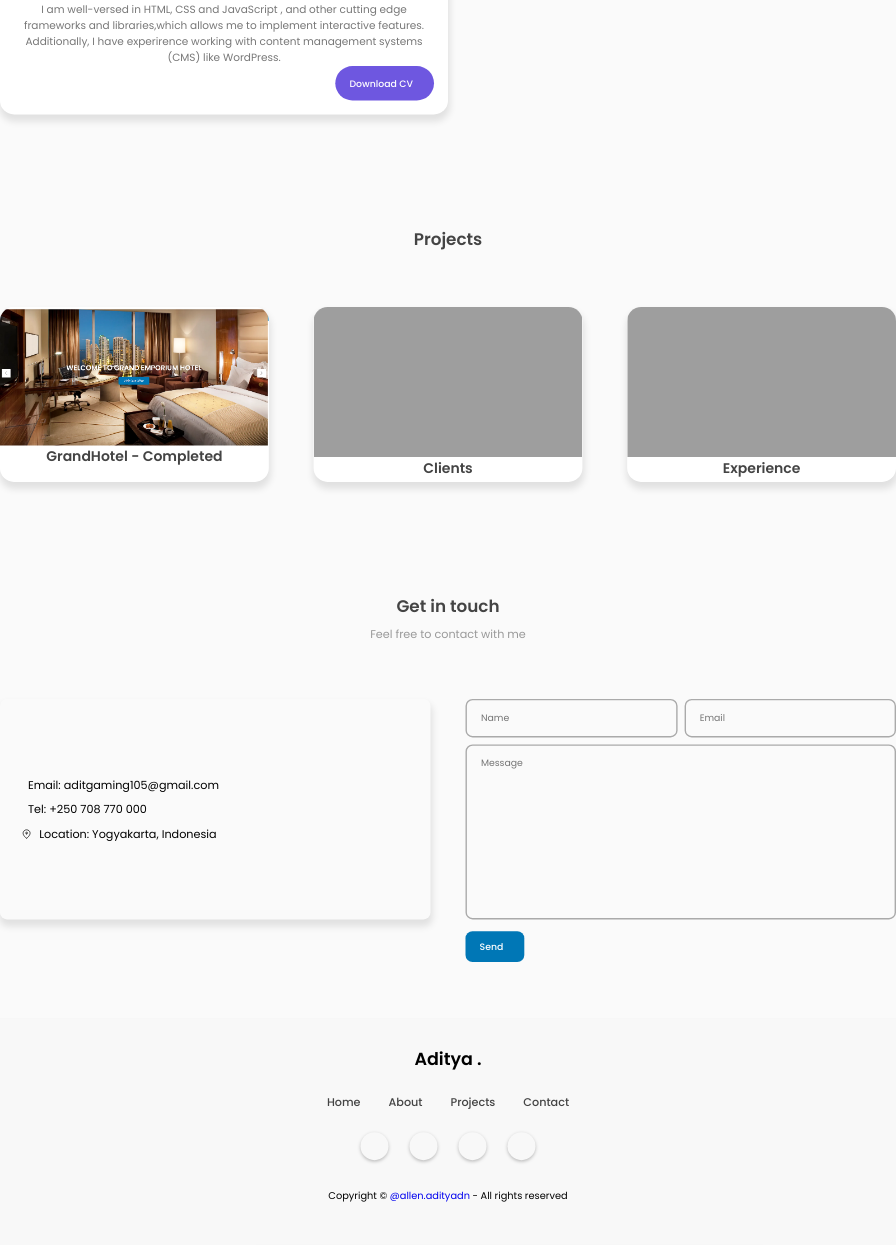
Repository: 4Kbrain/Portofolio
Page: index.html
The author's editor kept a copy of each file at every save. The page is drawn from the files as they stood at one save, then again after the next save.
The browser window is 1280 px wide. The pictures show the part of the page from y = 988 to 2908 px (the page is 2767 px tall before and 2942 px after), at 70% of full size.
Pictures or frames that could not be fetched are drawn as grey boxes. Some icons come from a web library that is not loaded, so they are not drawn.

Above is the page before, as saved 2024-05-15 16:50:22.
Console error: ReferenceError: ScrollReveal is not defined

### index.html
<!DOCTYPE html>
<html lang="en">

<head>
    <meta charset="UTF-8">
    <meta name="viewport" content="width=device-width, initial-scale=1.0">
    <link rel="stylesheet" href="https://unicons.iconscout.com/release/v4.0.8/css/line.css">
    <link rel="stylesheet" href="assets/css/style.css">
    <link rel="shortcut icon" href="assets/img/favicon.png" type="image/x-icon">

    <title>Portfolio | Aditya</title>
</head>

<body>

    <div class="container">
        <!-- header -->
        <nav id="header">
            <div class="nav-logo">
                <a href="#home">
                    <p class="nav-name">Aditya</p>
                    <span>.</span>
                </a>
            </div>
            <div class="nav-menu" id="myNavMenu">
                <ul class="nav_menu_list">
                    <li class="nav_list">
                        <a href="#home" class="nav-link active-link">Home</a>
                        <div class="circle"></div>
                    </li>
                    <li class="nav_list">
                        <a href="#about" class="nav-link">About</a>
                        <div class="circle"></div>
                    </li>
                    <li class="nav_list">
                        <a href="#projects" class="nav-link">Projects</a>
                        <div class="circle"></div>
                    </li>
                    <li class="nav_list">
                        <a href="#contact" class="nav-link">Contact</a>
                        <div class="circle"></div>
                    </li>
                </ul>
            </div>
            <div class="nav-button">
                <a id="downloadCVButton" href="assets/CV/Aditya%20CV.pdf" download="CV.pdf" class="btn">Download CV <i
                        class="uil uil-file-alt"></i></a>
            </div>
            <div class="nav-menu-btn">
                <i class="uil uil-bars" onclick="myMenuFunction()"></i>
            </div>
        </nav>

        <!-- -------------- MAIN ---------------- -->
        <main class="wrapper">
            <!-- -------------- FEATURED BOX ---------------- -->
            <section class="featured-box" id="home">
                <div class="featured-text">
                    <div class="featured-text-card">
                        <span>Aditya Dwi Nugroho</span>
                    </div>
                    <div class="featured-name">
                        <p>I'm <span class="typedText"></span></p>
                    </div>
                    <div class="featured-text-info">
                        <p>I'm a beginner web developer with a passion for creating fully responsive websites. I'm eager to learn and grow in both front-end and back-end development.
                        </p>
                    </div>
                    <div class="featured-text-btn">
                        <button class="btn blue-btn">Contact Me</button>
                        <a id="downloadCVButton" href="assets/CV/Aditya%20CV.pdf" download="CV.pdf" class="btn">Download CV <i class="uil uil-file-alt"></i></a>

                    </div>
                    <div class="social_icons">
                        <div class="icon"><a href="https://www.instagram.com/allen.adityadn/"><i class="uil uil-instagram"></i></a></div>
                        <div class="icon"><a href="https://wa.me/0895339926715"><i class="uil uil-whatsapp"></i></a></div>
                        <div class="icon"><a href="https://github.com/4Kbrain"><i class="uil uil-github-alt"></i></a></div>

                    </div>
                </div>
                <div class="featured-image">
                    <div class="image">
                        <img src="assets/img/avatar.png" alt="avatar">
                    </div>
                </div>
                <!-- <div c
         -->
    </div>

    </section>
    <!-- -------------- ABOUT BOX ---------------- -->
    <section class="section" id="about">
        <div class="top-header">
            <h1>About Me</h1>
        </div>
        <div class="row">
            <div class="col">
                <div class="about-info">
                    <h3>Let me introduce myself</h3>
                    <p>I am well-versed in HTML, CSS and JavaScript , and other cutting edge
                        frameworks and libraries,which allows me to implement interactive features.
                        Additionally, I have experirence working with content management systems (CMS) like
                        WordPress.
                    </p>
                    <div class="about-btn">
                        <a href="assets/CV/Aditya%20CV.pdf" download>
                            <button class="btn">Download CV <i class="uil uil-import"></i></button>
                          </a>

                    </div>
                </div>
            </div>
        </div>
    </section>

    <!-- -------------- PROJECT BOX ---------------- -->

    <section class="section" id="projects">
        <div class="top-header">
            <h1>Projects</h1>
        </div>
        <div class="project-container">
            <div class="project-box">
                <img src="assets/img/GrandHotel.png" alt="Grand Hotel Project" class="project-image">
                <h3>GrandHotel - Completed</h3>
                <label class="clear">A</label>
            </div>
            <div class="project-box">
                <img src="path/to/your/image2.jpg" alt="Project Image 2" class="project-image">
                <h3>Clients</h3>
                <label>25+ Happy Clients</label>
            </div>
            <div class="project-box">
                <img src="path/to/your/image3.jpg" alt="Project Image 3" class="project-image">
                <h3>Experience</h3>
                <label>7+ Years in the field</label>
            </div>
        </div>
    </section>



  <!-- Contact me  -->

    <section class="section" id="contact">
        <div class="top-header">
            <h1>Get in touch</h1>
            <span>Feel free to contact with me</span>
        </div>
        <div class="row">
            <div class="col">
                <div class="contact-info">
                    <p><i class="uil uil-envelope"></i> Email: aditgaming105@gmail.com</p>
                    <p><i class="uil uil-phone"></i> Tel: +250 708 770 000</p>
                    <p><svg xmlns="http://www.w3.org/2000/svg" width="1em" height="1em" viewBox="0 0 24 24"><g fill="none" stroke="currentColor" stroke-linecap="round" stroke-linejoin="round" stroke-width="1.5"><path d="M12.56 20.82a.964.964 0 0 1-1.12 0C6.611 17.378 1.486 10.298 6.667 5.182A7.592 7.592 0 0 1 12 3c2 0 3.919.785 5.333 2.181c5.181 5.116.056 12.196-4.773 15.64"/><path d="M12 12a2 2 0 1 0 0-4a2 2 0 0 0 0 4"/></g></svg>Location: Yogyakarta, Indonesia</p>
                </div>
            </div>
            <div class="col">
                <div class="form-control">
                    <div class="form-inputs">
                        <input type="text" class="input-field" placeholder="Name">
                        <input type="text" class="input-field" placeholder="Email">
                    </div>
                    <div class="text-area">
                        <textarea placeholder="Message"></textarea>
                    </div>
                    <div class="form-button">
                        <button class="btn">Send <i class="uil uil-message"></i></button>
                    </div>
                </div>
            </div>
        </div>
    </section>

    </main>

    <!-- Footer -->
    <footer>
        <div class="top-footer">
            <p>Aditya .</p>
        </div>
        <div class="middle-footer">
            <ul class="footer-menu">
                <li class="footer_menu_list">
                    <a href="#home">Home</a>
                </li>
                <li class="footer_menu_list">
                    <a href="#about">About</a>
                </li>
                <li class="footer_menu_list">
                    <a href="#projects">Projects</a>
                </li>
                <li class="footer_menu_list">
                    <a href="#contact">Contact</a>
                </li>
            </ul>
        </div>
        <div class="footer-social-icons">
            <div class="icon"><i class="uil uil-instagram"></i></div>
            <div class="icon"><i class="uil uil-linkedin-alt"></i></div>
            <div class="icon"><i class="uil uil-dribbble"></i></div>
            <div class="icon"><i class="uil uil-github-alt"></i></div>
        </div>
        <div class="bottom-footer">
            <p>Copyright &copy; <a href="https://www.instagram.com/allen.adityadn/" style="text-decoration: none;">@allen.adityadn</a> - All rights reserved</p>
        </div>
    </footer>

    </div>

    <script src="https://unpkg.com/typed.js@2.0.16/dist/typed.umd.js"></script>
    <script src="assets/js/script.js"></script>
</body>

</html>

### assets/css/style.css
@import url('https://fonts.googleapis.com/css2?family=Poppins:wght@400;500;600;700&display=swap');

:root{
    --body-color: rgb(250, 250, 250);
    --color-white: rgb(255, 255, 255);

    --text-color-second: rgb(68, 68, 68);
    --text-color-third: rgb(30, 159, 171);

    --first-color: rgb(110, 87, 224);
    --first-color-hover: rgb(40, 91, 212);

    --second-color: #0077b6;
    --third-color: rgb(192, 166, 49);
    --first-shadow-color: rgba(0, 0, 0, 0.1);

}

*{
    margin: 0;
    padding: 0;
    box-sizing: border-box;
    font-family: 'Poppins', sans-serif;
}


* a {
    text-decoration: none;
}

html{
    scroll-behavior: smooth;
}

::-webkit-scrollbar{
    width: 10px;
    border-radius: 25px;
}
::-webkit-scrollbar-track{
    background: #f1f1f1;
}
::-webkit-scrollbar-thumb{
    background: #ccc;
    border-radius: 30px;
}
::-webkit-scrollbar-thumb:hover{
    background: #bbb;
}

.btn{
    font-weight: 500;
    padding: 12px 20px;
    background: #efefef;
    border: none;
    border-radius: 10px;
    cursor: pointer;
    transition: .4s;
}
.btn>i{
    margin-left: 10px;
}
.btn:hover{
    background: var(--second-color);
    color: var(--color-white);
}

i{
    font-size: 16px;
}

body{
    background: var(--body-color);
    overflow-x: hidden;
}
.container{
    width: 100%;
    position: relative;
}

nav{
    position: fixed;
    display: flex;
    justify-content: space-between;
    width: 100%;
    height: 90px;
    line-height: 90px;
    background: var(--body-color);
    padding-inline: 9vw;
    transition: .3s;
    z-index: 100;
}
.nav-logo{
   position: relative;
}
.nav-name{
    font-size: 30px;
    font-weight: 600;
    color: var(--text-color-third);
}
.nav-logo span{
    position: absolute;
    top: -15px;
    right: -20px;
    font-size: 5em;
    color: var(--text-color-second);
}
.nav-menu, .nav_menu_list{
    display: flex;
}
.nav-menu .nav_list{
    list-style: none;
    position: relative;
}

.nav-link{
    text-decoration: none;
    color: var(--text-color-second);
    font-weight: 500;
    padding-inline: 15px;
    margin-inline: 20px;
}
.nav-menu-btn{
    display: none;
}
.nav-menu-btn i{
    font-size: 28px;
    cursor: pointer;
}
.active-link{
    position: relative;
    color: var(--first-color);
    transition: .3;
}
.active-link::after{
    content: '';
    position: absolute;
    left: 50%;
    bottom: -15px;
    transform: translate(-50%, -50%);
    width: 5px;
    height: 5px;
    background: var(--first-color);
    border-radius: 50%;
}

.wrapper{
    padding-inline: 10vw;
}

.featured-box{
    position: relative;
    display: flex;
    height: 100vh;
    min-height: 700px;
}

.featured-text{
    position: relative;
    display: flex;
    justify-content: center;
    align-content: center;
    min-height: 80vh;
    flex-direction: column;
    width: 50%;
    padding-left: 20px;
}
.featured-text-card span{
    background: var(--third-color);
    color: var(--color-white);
    padding: 3px 8px;
    font-size: 12px;
    border-radius: 5px;
}
.featured-name{
    font-size: 50px;
    font-weight: 600;
    color: var(--text-color-second);
    margin-block: 20px;
}
.typedText{
    text-transform: capitalize;
    color: var(--text-color-third);
}
.featured-text-info{
    font-size: 15px;
    margin-bottom: 30px;
    color: var(--text-color-second);
}
.featured-text-btn{
    display: flex;
    gap: 20px;
}
.featured-text-btn>.blue-btn{
    background: var(--first-color);
    color: var(--color-white);
}
.featured-text-btn>.blue-btn:hover{
    background: var(--first-color-hover);
}
.social_icons{
    display: flex;
    margin-top: 5em;
    gap: 30px;
}
.icon{
    display: flex;
    justify-content: center;
    align-items: center;
    width: 40px;
    height: 40px;
    border-radius: 50%;
    box-shadow: 0px 2px 5px 0px rgba(0, 0, 0, 0.25);
    cursor: pointer;
}
.icon:hover{
    color: var(--first-color);
}

.featured-image{
    display: flex;
    justify-content: right;
    align-content: center;
    min-height: 80vh;
    width: 50%;
}
.image{
    margin: auto 0;
    width: 380px;
    height: 380px;
    border-radius: 55% 45% 55% 45%;
    overflow: hidden;
    animation: imgFloat 7s ease-in-out infinite;
}
.image img{
    width: 380px;
    height: 380px;
    object-fit: cover;
}
@keyframes imgFloat {
    50%{
        transform: translateY(10px);
        border-radius: 45% 55% 45% 55%;
    }
}
.scroll-btn{
   position: absolute;
   bottom: 0;
   left: 50%;
   translate: -50%;
   display: flex;
   justify-content: center;
   align-items: center;
   width: 150px;
   height: 50px;
   gap: 5px;
   text-decoration: none;
   color: var(--text-color-second);
   background: var(--color-white);
   border-radius: 30px;
   box-shadow: 0 2px 5px 0 rgba(0, 0, 0, 0.25);
}
.scroll-btn i{
    font-size: 20px;
}

.section{
    padding-block: 5em;
}
.row{
    display: flex;
    justify-content: space-between;
    width: 100%;
    gap: 50px;
}
.col{
    display: flex;
    width: 50%;
}

.top-header{
    text-align: center;
    margin-bottom: 5em;
}
.top-header h1{
    font-weight: 600;
    color: var(--text-color-second);
    margin-bottom: 10px;
}
.top-header span{
    color: #999;
}
h3{
    font-size: 20px;
    font-weight: 600;
    color: var(--text-color-second);
    margin-bottom: 15px;
}

.about-info{
    position: relative;
    display: flex;
    align-items: center;
    flex-direction: column;
    padding-block: 30px 70px;
    padding-inline: 20px;
    width: 100%;
    background: var(--color-white);
    box-shadow: 1px 8px 10px 2px var(--first-shadow-color);
    border-radius: 20px;
}
.about-info p{
    text-align: center;
    font-size: 15px;
    color: #777;
}
.about-btn button{
    position: absolute;
    right: 20px;
    bottom: 20px;
    background: var(--first-color);
    color: var(--color-white);
    border-radius: 30px;
}
.about-btn button:hover{
    background: var(--first-color-hover);
}

.skills-box{
    margin: 10px;
}
.skills-header{
    margin-bottom: 30px;
}
.skills-list{
    display: flex;
    flex-wrap: wrap;
    gap: 5px;
}
.skills-list span{
    font-size: 14px;
    background: var(--first-color);
    color: var(--color-white);
    padding: 2px 10px;
    border-radius: 5px;
}

/* Project */
.project-container {
    display: flex;
    width: 100%;
    justify-content: space-between;
    gap: 20px;
    flex-wrap: wrap;
}

.project-box {
    position: relative;
    display: flex;
    justify-content: center;
    align-items: center;
    flex-direction: column;
    width: 30%;
    height: 250px;
    background: var(--color-white);
    border-radius: 20px;
    box-shadow: 1px 8px 10px 2px var(--first-shadow-color);
    overflow: hidden;
    text-align: center;
}

.project-image {
    width: 100%;
    height: 100%;
    object-fit: cover;
    transition: opacity 0.4s;
}

.project-box:hover .project-image {
    opacity: 0.5;
}

.project-box h3, .project-box label {
    position: relative;
    z-index: 2;
}

/* Contact me */

.contact-info{
    position: relative;
    display: flex;
    flex-direction: column;
    justify-content: center;
    align-items: left;
    padding: 20px 30px;
    width: 100%;
    height: 315px;
    border-radius: 10px;
    box-shadow: 1px 8px 10px 2px var(--first-shadow-color);
    overflow: hidden;
}
.contact-info>h2{
    color: var(--color-white);
    margin-bottom: 20px;
}
.contact-info>p{
    display: flex;
    align-items: center;
    gap: 10px;
    color: #000;
    margin-block: 5px;
}
.contact-info p>i{
    font-size: 18px;
}
.form-control{
    display: flex;
    flex-direction: column;
    gap: 10px;
    width: 100%;
}
.form-inputs{
    display: flex;
    gap: 10px;
    width: 100%;
}
.input-field{
    width: 50%;
    height: 55px;
    background: transparent;
    border: 2px solid #AAA;
    border-radius: 10px;
    padding-inline: 20px;
    outline: none;
}
textarea{
    width: 100%;
    height: 250px;
    background: transparent;
    border: 2px solid #AAA;
    border-radius: 10px;
    padding: 15px 20px;
    outline: none;
    resize: none;
}
.form-button>.btn{
    display: flex;
    align-items: center;
    justify-content: center;
    background: var(--second-color);
    color: var(--color-white);
}
.form-button>.btn:hover{
    background: #00B5E7;
}
.form-button i{
    font-size: 18px;
    rotate: -45deg;
}

footer{
    display: flex;
    justify-content: center;
    align-items: center;
    flex-direction: column;
    row-gap: 30px;
    background: #F8F8F8;
    padding-block: 40px 60px;
}
.top-footer p{
    font-size: 25px;
    font-weight: 600;
}
.middle-footer .footer-menu{
    display: flex;
}
.footer_menu_list{
    list-style: none;
}
.footer_menu_list a{
    text-decoration: none;
    color: var(--text-color-second);
    font-weight: 500;
    margin-inline: 20px;
}
.footer-social-icons{
    display: flex;
    gap: 30px;
}
.bottom-footer{
    font-size: 14px;
    margin-top: 10px;
}

@media only screen and (max-width: 1024px){
    .featured-text{
        padding: 0;
    }
    .image, .image img{
        width: 320px;
        height: 320px;
    }
}

@media only screen and (max-width: 900px) {
    .nav-button{
        display: none;
    }
    .nav-menu.responsive{
        left: 0;
    }
    .nav-menu{
        position: fixed;
        top: 80px;
        left: -100%;
        flex-direction: column;
        justify-content: center;
        align-items: center;
        background: rgba(255, 255, 255, 0.7);
        backdrop-filter: blur(20px);
        width: 100%;
        min-height: 450px;
        height: 90vh;
        transition: .3s;
    }
    .nav_menu_list{
        flex-direction: column;
    }
    .nav-menu-btn{
        display: flex;
        align-items: center;
        justify-content: center;
    }
    .featured-box{
        flex-direction: column;
        justify-content: center;
        height: 100vh;
    }
    .featured-text{
        width: 100%;
        order: 2;
        justify-content: center;
        align-content: flex-start;
        min-height: 60vh;
    }
    .social_icons{
        margin-top: 2em;
    }
    .featured-image{
        order: 1;
        justify-content: center;
        min-height: 150px;
        width: 100%;
        margin-top: 65px;
    }
    .image, .image img{
        width: 150px;
        height: 150px;
    }
    .row{
        display: flex;
        flex-direction: column;
        justify-content: center;
        gap: 50px;
    }
    .col{
        display: flex;
        justify-content: center;
        width: 100%;
    }
    .about-info, .contact-info{
        width: 100%;
    }
    .project-container{
        justify-content: center;
    }
    .project-box{
        width: 80%;
    }

}

@media only screen and (max-width: 540px){
    .featured-name{
        font-size: 40px;
    }
    .project-box{
        width: 100%;
    }
    .form-inputs{
        flex-direction: column;
    }
    .input-field{
        width: 100%;
    }
}

Loaded but not shown: assets/js/script.js (124 lines, source omitted)

After the next save:
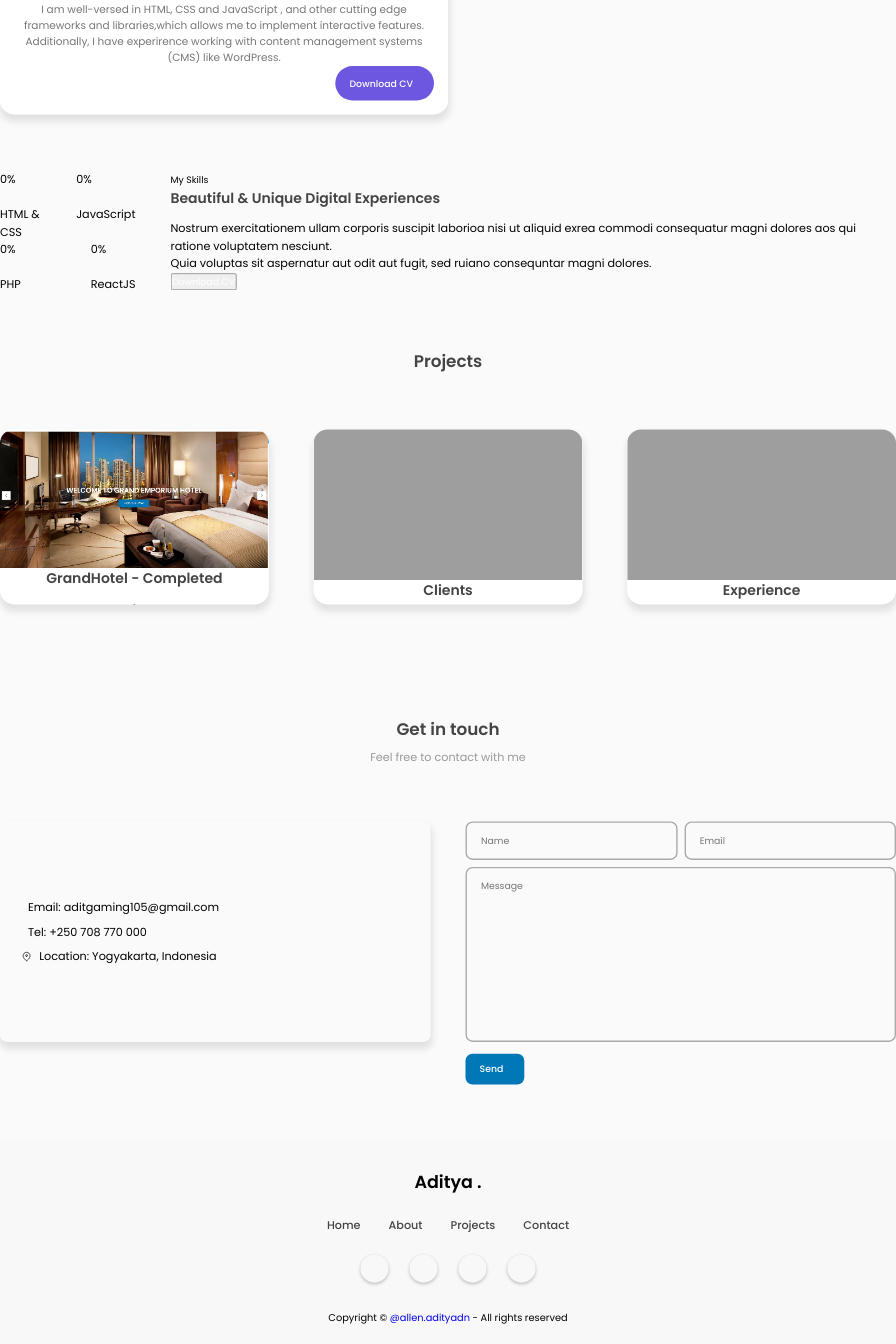
Saved 12 s later.
--- a/index.html
+++ b/index.html
@@ -113,6 +113,77 @@
         </div>
     </section>
 
+    <section class="skill mt-5 py-5" id="about">
+        <div class="row justify-content-evenly">
+          <div class="col-10 col-md-5 skill-with-progress" data-aos="slide-right">
+            <div class="row justify-content-evenly">
+              <div class="col-10 col-md-6">
+                <div class="progress-card ms-3 ms-md-0">
+                  <div class="circular-progress html-css">
+                    <span class="progress-value html-progress">0%</span>
+                  </div>
+                  <br />
+                  <span class="text">HTML & CSS</span>
+                </div>
+              </div>
+              <div class="col-10 col-md-6 mt-4 mt-md-0">
+                <div class="progress-card ms-3 ms-md-0">
+                  <div class="circular-progress javascript">
+                    <span class="progress-value javascript-progress">0%</span>
+                  </div>
+                  <br />
+                  <span class="text">JavaScript</span>
+                </div>
+              </div>
+            </div>
+            <div class="row justify-content-evenly mt-4">
+              <div class="col-10 col-md-6">
+                <div class="progress-card ms-3 ms-md-0">
+                  <div class="circular-progress php">
+                    <span class="progress-value php-progress">0%</span>
+                  </div>
+                  <br />
+                  <span class="text">PHP</span>
+                </div>
+              </div>
+              <div class="col-10 col-md-6 mt-4 mt-md-0">
+                <div class="progress-card ms-3  ms-md-0">
+                  <div class="circular-progress reactjs">
+                    <span class="progress-value reactjs-progress">0%</span>
+                  </div>
+                  <br>
+                  <span class="text">ReactJS</span>
+                </div>
+              </div>
+            </div>
+          </div>
+          <div class="col-10 col-md-5 skill-detail" data-aos="slide-left">
+            <div class="heading mt-5 mt-md-3">
+              <small>My Skills</small>
+              <h3>Beautiful & Unique Digital Experiences</h3>
+              <p class="text-muted">
+                Nostrum exercitationem ullam corporis suscipit laborioa nisi ut
+                aliquid exrea commodi consequatur magni dolores aos qui ratione
+                voluptatem nesciunt.
+              </p>
+              <p class="text-muted">
+                Quia voluptas sit aspernatur aut odit aut fugit, sed ruiano
+                consequntar magni dolores.
+              </p>
+              <button class="c-btn h-btn mt-3 py-3 px-5 rounded-pill">
+                <!-- here download attribute is used for adding download functionality to button  -->
+                <a
+                  href="Entry Level Web Developer Resume.pdf"
+                  download="SampleCV"
+                  style="text-decoration: none;color: #fff;"
+                  >Download CV</a
+                >
+              </button>
+            </div>
+          </div>
+        </div>
+      </section>
+
     <!-- -------------- PROJECT BOX ---------------- -->
 
     <section class="section" id="projects">
